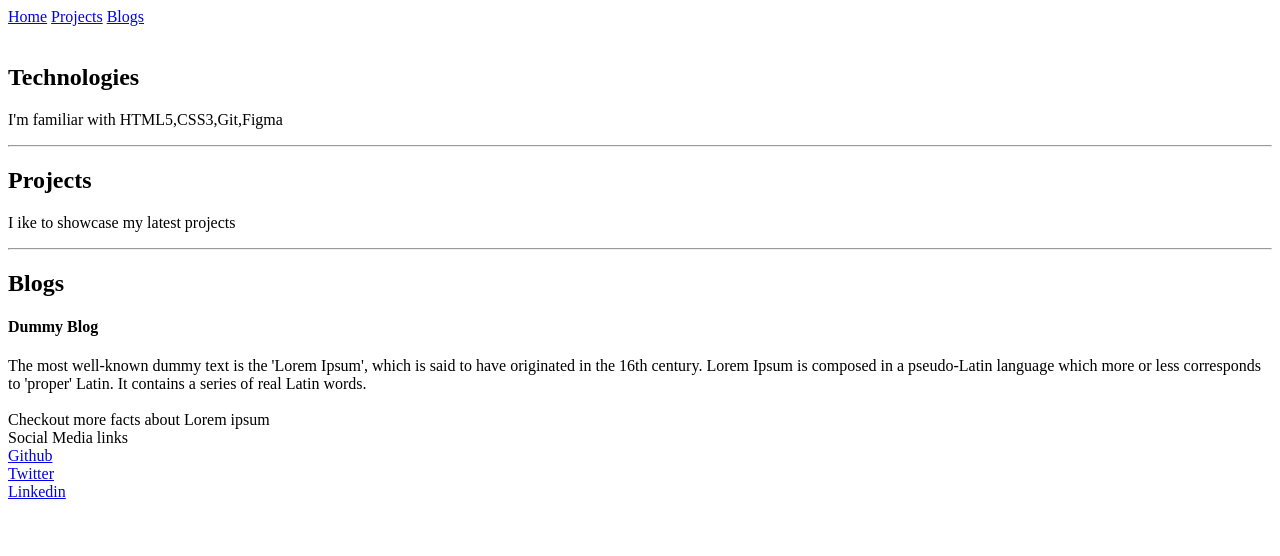
Repository: nihalani20/HTMLbyKG
Page: Projectlevel4/index.html
An editor plug-in stored every save of this project. The page is shown before and after a run of saves, followed by the edit.
The browser window is 1280 px wide. The pictures show the whole page.

Above is the page before, as saved 2023-12-17 11:03:30.

After the next 2 saves:
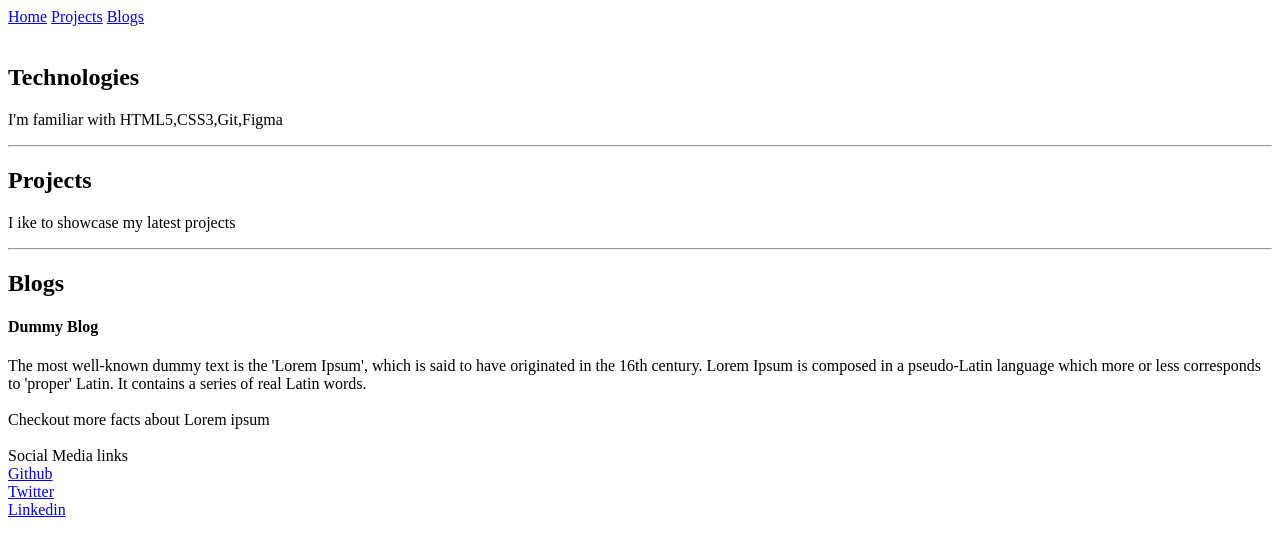
The 2 saves are shown as one change because they came seconds apart.
The last was saved 2 min 31 s later.
--- a/Projectlevel4/index.html
+++ b/Projectlevel4/index.html
@@ -35,7 +35,7 @@
   <aside>Checkout more facts about Lorem ipsum
 
     <a href="https://www.lipsum.com/"></a>
-  </aside>
+  </aside><br>
 </section>
   </main>
   <footer>
